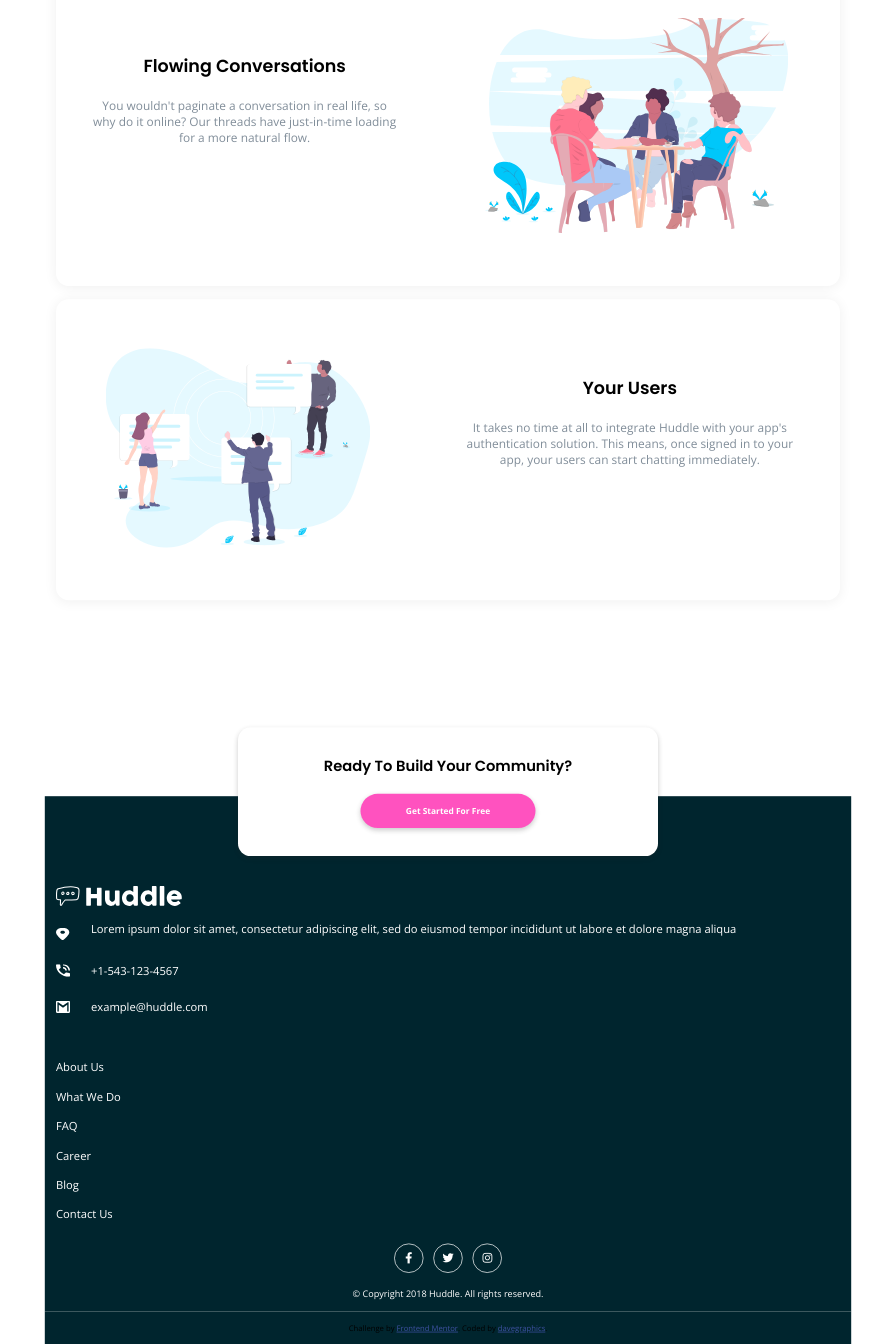
Repository: DejV44/Huddle-landing-page
Page: index.html
The author's editor kept a copy of each file at every save. The page is drawn from the files as they stood at one save, then again after the next save.
The browser window is 1280 px wide. The pictures show the part of the page from y = 1199 to 3119 px (the page is 3119 px tall), at 70% of full size.
The style sheet was rebuilt from its Sass, Less or Tailwind sources for each picture, by a compiler version that may differ from the author's.

Above is the page before, as saved 2021-08-22 14:23:17.

### index.html
<!DOCTYPE html>
<html lang="en">
<head>
  <meta charset="UTF-8">
  <meta name="viewport" content="width=device-width, initial-scale=1.0"> <!-- displays site properly based on user's device -->
  <link rel="stylesheet" href="/css/style.css">
  <link rel="stylesheet" href="/fontawesome-free-5.15.3-web/css/all.css">
  <link rel="icon" type="image/png" sizes="32x32" href="./images/favicon-32x32.png">

  <title>Frontend Mentor | Huddle landing page with alternating feature blocks</title>

</head>
<body>
  <header>
    <div class="nav">
      <div class="logo">
        <img src="/images/logo.svg" alt="logo">
      </div>
      <a href="#">Try It Free</a>
    </div>
    <content class="main">
      <article class="building">
        <h1>Build The Community Your Fans Will Love</h1>
        <h3> Huddle re-imagines the way we build communities. You have a voice, but so does your audience.
        Create connections with your users as you engage in genuine discussion.</h3>
        <a class="main-btn" href="#">Get Started For Free</a>
      </article>
      <div class="img-main">
        <img class="img" src="/images/illustration-mockups.svg" alt="">
      </div>
    </content>

  </header>
  <section class="cards">
    <div class="card-one">
      <div class="img-cards">
        <img src="/images/illustration-grow-together.svg" alt="">
      </div>
      <content class="card">
        <h2>Grow Together</h2>
        <p>Generate meaningful discussions with your audience and build a strong, loyal community.
        Think of the insightful conversations you miss out on with a feedback form.</p>
      </content>
    </div>
    <div class="card-two">
      <div class="img-cards">
        <img src="/images/illustration-flowing-conversation.svg" alt="">
      </div>
      <content class="card">
        <h2>Flowing Conversations</h2>
        <p>You wouldn't paginate a conversation in real life, so why do it online? Our threads
        have just-in-time loading for a more natural flow.</p>
      </content>
    </div>
    <div class="card-three">
      <div class="img-cards">
        <img src="/images/illustration-your-users.svg" alt="">
      </div>
      <content class="card">
        <h2>Your Users</h2>
        <p>It takes no time at all to integrate Huddle with your app's authentication solution.
        This means, once signed in to your app, your users can start chatting immediately.</p>
      </content>
    </div>
    <container class="ready">
      <h2>Ready To Build Your Community?</h2>
      <a href="#">Get Started For Free</a>
    </container>
  </section>
  <footer>
    <container class="footer">
      <img src="/images/logoWhite.svg" alt="logo">
      <div class="section1 col-1">
        <div class="info">
          <img src="/images/icon-location.svg" alt="location">
          <p>Lorem ipsum dolor sit amet, consectetur adipiscing elit, sed do eiusmod tempor
          incididunt ut labore et dolore magna aliqua</p>
        </div>
        <div class="phone">
          <img src="/images/icon-phone.svg" alt="phone">
          <a href="tel:+1-543-123-4567">+1-543-123-4567</a>
        </div>
        <div class="mail">
          <img src="/images/icon-email.svg" alt="email">
          <a href="example@huddle.com">example@huddle.com</a>
        </div>
      </div>
      <div class="section2 col-2">
        <ul>
          <li><a href="#">About Us</a></li>
          <li><a href="#">What We Do</a></li>
          <li><a href="#">FAQ</a></li>
        </ul>
      </div>
      <div class="section3 col-3">
        <ul>
          <li><a href="#">Career</a></li>
          <li><a href="#">Blog</a></li>
          <li><a href="#">Contact Us</a></li>
        </ul>
      </div>
      <div class="copyright col-4">
        <div class="social">
          <span><i class="fab fa-facebook-f"></i></span>
          <span><i class="fab fa-twitter"></i></span>
          <span><i class="fab fa-instagram"></i></span>
        </div>
        <p>&copy; Copyright 2018 Huddle. All rights reserved.</p>
      </div>
    </container>
  </footer>
  <footer>
    <p class="attribution">
      Challenge by <a href="https://www.frontendmentor.io?ref=challenge" target="_blank">Frontend Mentor</a>.
      Coded by <a href="#">davegraphics</a>.
    </p>
  </footer>
</body>
</html>

### css/style.scss
* {
    margin: 0;
    padding: 0;
    //font-family: 'Poppins', sans-serif;
    -webkit-font-smoothing: antialiased;
}

body {
    font-family: 'Open Sans', sans-serif;
}

// ---FONTS---
@import url('https://fonts.googleapis.com/css2?family=Open+Sans:wght@400;700&display=swap');
@import url('https://fonts.googleapis.com/css2?family=Poppins:wght@600&display=swap');

@import "variables";
@import "mixin";

@import "cards";
@import "header";
@import "footer";

### css/_variables.scss
$Pink: hsl(322, 100%, 66%);
$PinkHover: hsl(322, 97%, 72%);
$VeryPaleCyan: hsl(193, 100%, 96%);
$VeryDarkCyan: hsl(192, 100%, 9%);
$GrayishBlue: hsl(208, 11%, 55%);

### css/_mixin.scss
@mixin cards {
    display: flex;
    flex-direction: column;
    margin: 1.2rem auto 1rem auto;
    text-align: center;
    box-shadow: rgba(0, 0, 0, 0.068) 0px 2px 18px;
    border-radius: 18px;
    align-items: center;
    @media (min-width: 768px) {
        flex-direction: row;

    }


    .card {

        display: block;
        margin: auto 3rem;
        h2 {
            padding-bottom: 1.5rem;
            font-size: 25px;
            font-family: 'Poppins', sans-serif
        }
        p {
            display: block;
            font-size: 17px;
            color: $GrayishBlue;
            padding-bottom: 3rem;
            margin-bottom: 2rem;

        }
    }
    .img-cards {
        display: block;
        padding: 30px 50px;
        margin: auto;

            img {
                width: 90%;
                margin: 40px auto;
            }
    }
}

### css/_cards.scss
.cards {
    padding: 1rem;
    margin: 0 auto;
    box-sizing: border-box;


    .card-one, .card-two, .card-three {
        @include cards;
    }

    .ready {
        display: block;
        box-sizing: border-box;
        text-align: center;
        transform: translateY(50%);
        background-color: white;
        margin: 0 auto;
        padding: 1rem 1rem;
        box-shadow: rgba(39, 39, 39, 0.24) 0px 3px 8px;
        max-width: 600px;
        text-align: center;
        align-items: center;
        border-radius: 18px;
        h2 {
            font-size: 21px;
            font-family: 'Poppins', sans-serif;
            margin: 1.5rem auto;
        }

        a {
            display: block;
            text-decoration: none;
            font-weight: 600;
            font-size: 12px;
            margin: 1.5rem auto;
            padding: 1rem 0;
            max-width: 250px;
            border-radius: 30px;
            background: $Pink;
            color: white;
            box-shadow: rgba(39, 39, 39, 0.24) 0px 3px 8px;

            &:hover {
                background: $PinkHover;
            }
        }
        @media (min-width: 768px) {
            transform: translateY(90%);
        }

    }

}

@media (min-width: 768px) {
    .cards {
       padding: 5rem;

       .card-two {
        flex-direction: row-reverse;
    }
    }




}

### css/_header.scss
header {
    background: url(/images/bg-hero-mobile.svg);
    background-color: rgba(241, 241, 255, 0.425);
    background-size: cover;
    background-position: center;
    background-repeat: no-repeat;
    text-align: center;
    @media (min-width: 768px) {
        background: url(/images/bg-hero-desktop.svg);
        background-color: rgba(241, 241, 255, 0.479);
        background-size: cover;
    }


    .nav {
        display: flex;
        justify-content: space-between;
        padding: 2rem 1.6rem;
        @media (min-width: 768px) {
            padding: 2rem 5rem;

        }

        img {
            width: 120px;

            @media (min-width: 768px) {
                width: 150px;

            }
        }

        a {
            text-decoration: none;
            font-size: 13px;
            font-weight: 600;
            margin-top: -4px;
            padding: 0.3rem 1.7rem;
            background-color: white;
            border-radius: 25px;
            box-shadow: rgba(99, 99, 99, 0.24) 0px 3px 8px;

            @media (min-width: 768px) {
                margin-top: 0;
                padding: 0.5rem 1.7rem;
                text-align: center;

            }
            &:hover {
                color: $GrayishBlue;
            }


        }

    }
    .main {

        margin: 0 auto;

        .building {
            margin: 4rem 3rem 2rem 3rem;
            max-width: 410px;


            h1 {
                margin: 0 1rem;
                font-size: 28px;
                font-family: 'Poppins', sans-serif
            }

            h3 {
                font-weight: 400;
                font-size: 18px;
                margin: 1.5rem 0;
                line-height: 30px;
            }

            .main-btn {

                display: block;
                text-decoration: none;
                font-weight: 600;
                font-size: 12px;
                margin: 1.5rem auto;
                padding: 1rem 0;
                max-width: 280px;
                border-radius: 30px;
                background: $Pink;
                color: white;
                box-shadow: rgba(39, 39, 39, 0.24) 0px 3px 8px;
                @media (min-width: 768px) {
                    margin: 1.5rem 0 1.5rem 0.8rem;

                }

                &:hover {
                background: $PinkHover;
                }
            }

        }
        .img-main {
            padding: 15px 50px;



            .img {
                width: 100%;
                margin-bottom: 40px;
                @media (min-width: 768px) {
                    margin-bottom: 0;

                }
            }
        }
    }


}

@media (min-width: 768px) {
    .main {
        display: flex;
        align-items: center;

        .building {
            padding: 1rem;

            h1 {
                text-align: left;
                padding-left: 0;
            }

            h3 {
                text-align: left;
                padding-left: 1rem;
            }


        }

    }
}

### css/_footer.scss
footer {
    background-color: $VeryDarkCyan;
    margin: 0 4rem;

    img {
             width: 180px;
             margin-top: 6.5rem;
             margin-left: 1rem;
             @media (min-width: 768px) {
                 margin-top: 8rem;
             }
         }
    .section1 {
        padding: 1rem 1rem 2rem 0;
        color: white;

        img {
            width: 180px;
            padding-bottom: 1.5rem;
        }

        .info, .phone, .mail {
            display: flex;
            img {
                width: 20px;
                height: 18px;
                margin-right: 30px;
                margin-top: 10px;
            }
            p {
                cursor: pointer;
                padding-bottom: 30px;
            }
            a {

                text-decoration: none;
                margin-top: 8px;
                color: white;
            }
        }



    }

    .section2, .section3 {
        box-sizing: border-box;

        ul {
            color: white;
            margin-left: 1rem;
            li {
                list-style: none;
                padding: 10px 0;
                a {
                    text-decoration: none;
                    color: white;
                    &:hover {
                    border-bottom: 1px solid white;
                    }
                }

            }
        }

    }
    .copyright {
        text-align: center;
        .social {
            text-align: center;
            display: block;
            margin: 1rem auto;
            color: white;


            span {
                border: 1px solid white;
                border-radius: 50%;
                width: 40px;
                height: 40px;
                display: inline-flex;
                align-items: center;
                justify-content: center;
                cursor: pointer;
                margin: 5px;
                &:hover {
                    color: $Pink;
                    border: 1px solid $Pink;
                }


            }

            i {
                font-family: 'Font Awesome 5 Brands';
                display: inline-block;
                font-style: normal;
                font-variant: normal;
                text-rendering: auto;
                line-height: 1;
                padding: 12px;
                border-radius: 50%;
            }

        }
        p {
            font-size: 13px;
            color: white;
            padding-bottom: 1rem;
        }
    }
}





.attribution {
    font-size: 11px;
    text-align: center;
    padding: 1rem;
    a {
    color: hsl(228, 45%, 44%);
    }
}

Loaded but not shown: fontawesome-free-5.15.3-web/css/all.css (library)

After the next save:
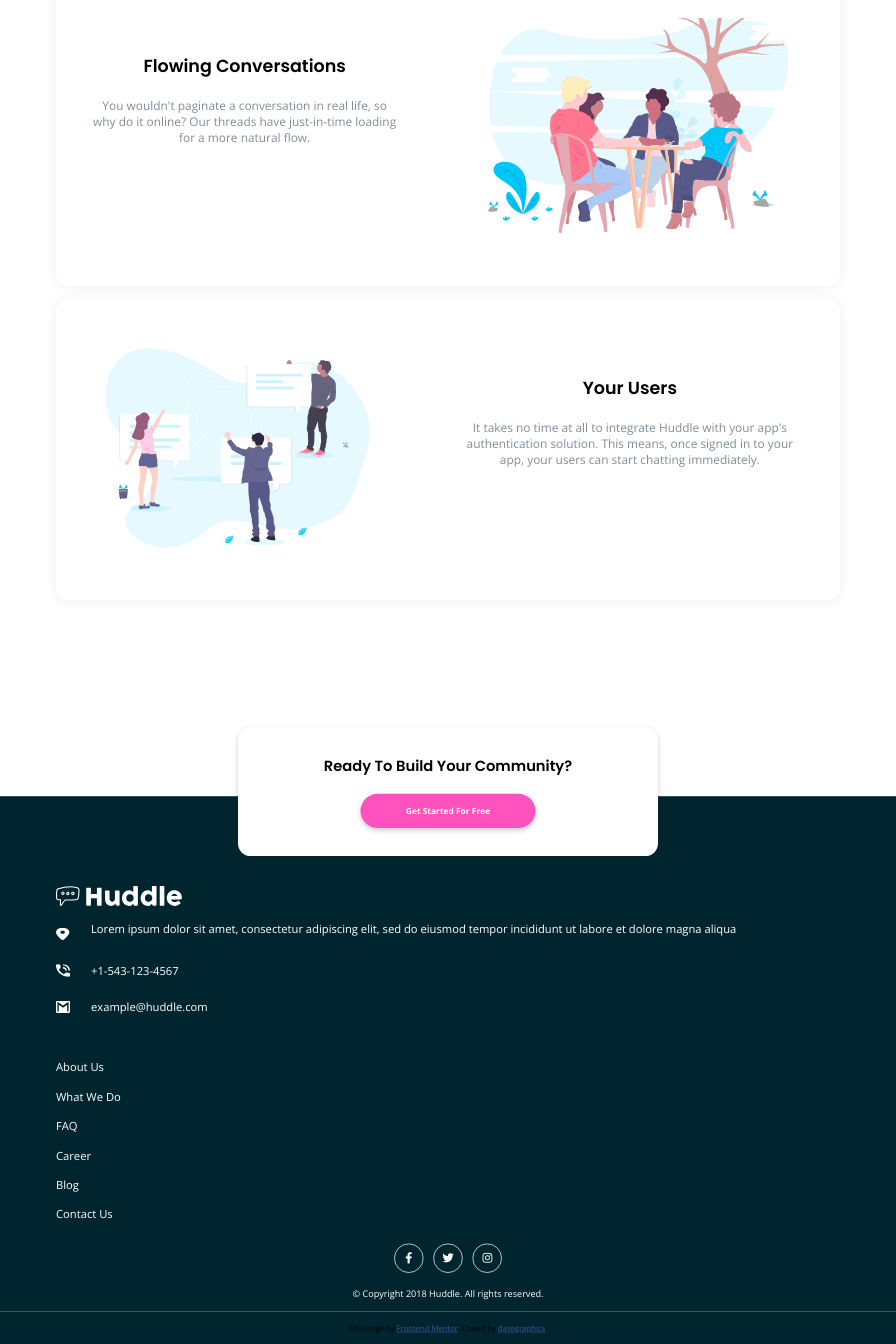
Saved 8 s later.
--- a/css/_footer.scss
+++ b/css/_footer.scss
@@ -1,6 +1,6 @@
 footer {
     background-color: $VeryDarkCyan;
-    margin: 0 4rem;
+    padding: 0 4rem;
 
     img {
              width: 180px;
